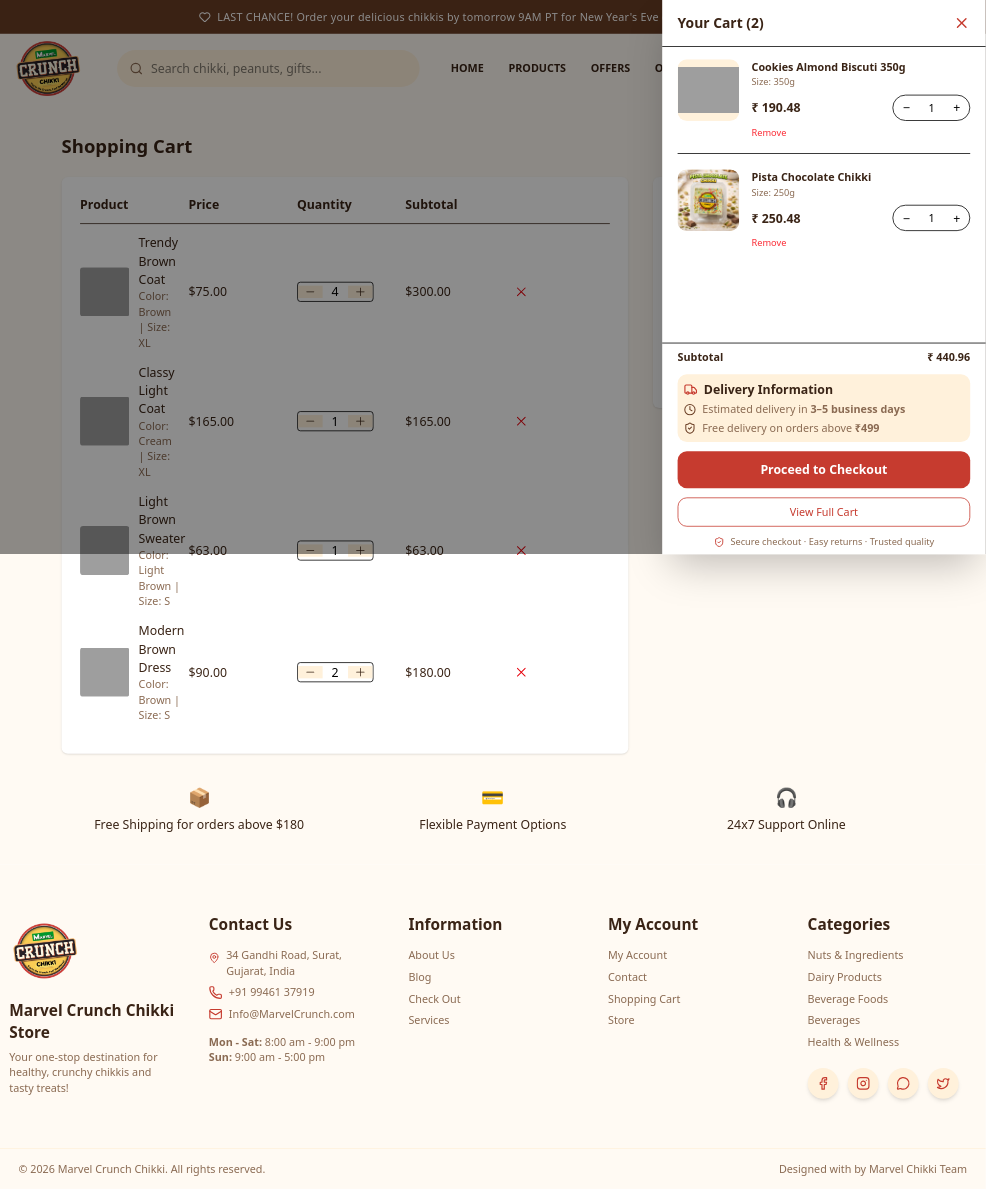
Repository: sita7411/sweet-website-frontend
Page: /cart (app in customer-website/), after clicking the first element matching `div.hidden > button`
An editor plug-in stored every save of this project. The page is shown before and after a run of saves, followed by the edit.
The browser window is 1280 px wide. The pictures show the whole page, at 77% of full size.
Pictures or frames that could not be fetched are drawn as grey boxes. The project was rebuilt for these pictures with package versions that can differ from the ones it lists, and the page was loaded fresh each time. Also part of the build but not shown: customer-website/vite.config.js, customer-website/src/components/Herosection/Herosection.jsx, customer-website/src/components/FeaturesSection/FeaturesSection.jsx, customer-website/src/components/PopularItems/PopularItems.jsx, customer-website/src/components/AboutUs/AboutUs.jsx, customer-website/src/components/BestsellerSection/BestsellerSection.jsx, customer-website/src/components/OfferSection/OfferSection.jsx, customer-website/src/components/TestimonialsSection/TestimonialsSection.jsx and 6 more.

Above is the page before, as saved 2026-01-02 10:38:29.

### customer-website/index.html
<!doctype html>
<html lang="en">
  <head>
    <meta charset="UTF-8" />
    <link rel="icon" type="image/svg+xml" href="/vite.svg" />
    <meta name="viewport" content="width=device-width, initial-scale=1.0" />
    <title>customer-website</title>
  </head>
  <body>
    <div id="root"></div>
    <script type="module" src="/src/main.jsx"></script>
  </body>
</html>

### customer-website/src/index.css

@import "tailwindcss";
:root {
  --primary: #c63b2f;
  --secondary: #6b3f26;
  --bg-main: #fffaf3;
  --bg-soft: #fff1db;
  --bg-card: #ffffff;
  --text-main: #3a2416;
  --text-muted: #8a6a52;
  --accent: #f2b705;
}

/* Hide scrollbar for Chrome, Safari and Edge */
.scrollbar-hide::-webkit-scrollbar {
  display: none;
}

/* Hide scrollbar for IE, Edge */
.scrollbar-hide {
  -ms-overflow-style: none;  /* IE and Edge */
  scrollbar-width: none;     /* Firefox */
}

### customer-website/src/App.jsx
import { BrowserRouter as Router, Routes, Route } from "react-router-dom";
import Layout from "./Layout";
import Home from "./pages/Home";
import ProductPage from "./pages/ProductPage";
import AuthPage from "./pages/AuthPage";
import Wishlist from "./pages/Wishlist";
import CartPage from "./pages/CartPage";

function App() {
  return (
    <Router>
      <Routes>
        {/* Pages that use Navbar/Footer */}
        <Route element={<Layout />}>
          <Route path="/" element={<Home />} />
          <Route path="/products" element={<ProductPage />} />
          <Route path="/wishlist" element={<Wishlist />} />
          <Route path="/cart" element={<CartPage />} />
        </Route>

        {/* Page without Navbar/Footer */}
        <Route path="/auth" element={<AuthPage />} />
      </Routes>
    </Router>
  );
}

export default App;

### customer-website/src/Layout.jsx
// Layout.jsx
import React from "react";
import TopBar from "./components/Navbar/TopBar";
import Navbar from "./components/Navbar/Navbar";
import Footer from "./components/Footer/Footer";

import { Outlet } from "react-router-dom";

export default function Layout() {
  return (
    <div>
      <TopBar />
      <Navbar />
      <main>
        <Outlet />   {/* This renders the page inside Layout */}
      </main>
      <Footer />
    </div>
  );
}

### customer-website/src/components/Navbar/TopBar.jsx
import { Heart } from "lucide-react";

export default function TopBar() {
  return (
    <div className="w-full bg-[var(--secondary)] text-white py-2 font-medium text-xs sm:text-sm tracking-wide flex flex-col sm:flex-row justify-center items-center gap-1 sm:gap-2 text-center sm:text-left px-4">

      <div className="flex items-center gap-1 sm:gap-2">
        <Heart className="w-4 h-4 text-white" />
        <span>
          LAST CHANCE! Order your delicious chikkis by tomorrow 9AM PT for New Year's Eve delivery.{" "}
          <a
            href="/products"
            className="underline hover:text-[var(--accent)] transition-colors duration-300"
          >
            Shop Now
          </a>
        </span>
        <span className="ml-1 text-lg hidden sm:inline">→</span>
      </div>

      {/* Mobile arrow at the end of the line */}
      </div>
  );
}

### customer-website/src/components/Navbar/Navbar.jsx
'use client';

import { useState, useEffect, useRef } from "react";
import { motion, AnimatePresence } from "framer-motion";
import { Link, useNavigate } from "react-router-dom";
import {
  Heart,
  ShoppingCart,
  User,
  ChevronDown,
  LogOut,
  Search,
  Menu,
  X,
  Truck,
  ShieldCheck,
  Clock,
} from "lucide-react";
import "./Navbar.css";

export default function Navbar() {
  const isLoggedIn = true;
  const user = { name: "Ajay" };

  const [mobileMenuOpen, setMobileMenuOpen] = useState(false);
  const [cartOpen, setCartOpen] = useState(false);
  const [scrolled, setScrolled] = useState(false);
  const menuRef = useRef(null);
  const navigate = useNavigate();

  const [cartItems, setCartItems] = useState([
    { id: 1, title: "Cookies Almond Biscuti 350g", size: "350g", price: 190.48, quantity: 1, img: "/images/biscuti.png" },
    { id: 2, title: "Pista Chocolate Chikki", size: "250g", price: 250.48, quantity: 1, img: "/images/pista.png" },
  ]);

  const cartSubtotal = Number(
    cartItems.reduce((sum, item) => sum + item.price * item.quantity, 0).toFixed(2)
  );

  const updateQuantity = (id, change) => {
    setCartItems(prev =>
      prev.map(item =>
        item.id === id ? { ...item, quantity: Math.max(1, item.quantity + change) } : item
      )
    );
  };

  const removeItem = (id) => setCartItems(prev => prev.filter(item => item.id !== id));

  /* SCROLL SHADOW */
  useEffect(() => {
    const onScroll = () => setScrolled(window.scrollY > 10);
    window.addEventListener("scroll", onScroll);
    return () => window.removeEventListener("scroll", onScroll);
  }, []);

  /* CLICK OUTSIDE MOBILE MENU */
  useEffect(() => {
    const handler = (e) => {
      if (menuRef.current && !menuRef.current.contains(e.target)) setMobileMenuOpen(false);
    };
    document.addEventListener("mousedown", handler);
    return () => document.removeEventListener("mousedown", handler);
  }, []);

  /* DISABLE BODY SCROLL WHEN CART OR MOBILE MENU OPEN */
  useEffect(() => {
    document.body.style.overflow = cartOpen || mobileMenuOpen ? "hidden" : "auto";
  }, [cartOpen, mobileMenuOpen]);

  return (
    <header className={`sticky top-0 z-50 transition-all ${scrolled ? "backdrop-blur bg-[var(--bg-main)]/90 shadow-md" : "bg-[var(--bg-main)]"}`}>
      <div className="max-w-7xl mx-auto px-4 h-[90px] flex items-center justify-between">
        {/* LOGO */}
        <Link to="/" className="flex items-center">
          <img src="/Logo_Marvel.png" alt="Marvel Crunch" className="w-24" />
        </Link>

        {/* DESKTOP SEARCH */}
        <div className="hidden lg:flex flex-1 max-w-xl mx-10">
          <div className="relative w-full">
            <Search className="absolute left-4 top-1/2 -translate-y-1/2 text-[var(--text-muted)]" size={18} />
            <input
              placeholder="Search chikki, peanuts, gifts..."
              className="w-full pl-11 pr-5 py-3 rounded-full bg-[var(--bg-soft)] focus:ring-2 focus:ring-[var(--primary)] outline-none"
            />
          </div>
        </div>

        {/* DESKTOP LINKS */}
        <nav className="hidden lg:flex gap-8 text-sm font-semibold uppercase">
          <NavLink href="/">Home</NavLink>
          <NavLink href="/products">Products</NavLink>
          <NavLink href="/offers">Offers</NavLink>
          <NavLink href="/about">Our Story</NavLink>
          <NavLink href="/contact">Contact</NavLink>
        </nav>

        {/* DESKTOP ACTIONS */}
        <div className="hidden lg:flex items-center ml-8 gap-3">
          <Link to="/wishlist">
            <IconBtn className="relative">
              <Heart size={20} />
              <motion.span initial={{ scale: 0 }} animate={{ scale: 1 }} className="absolute -top-2 -right-1 w-5 h-5 rounded-full bg-[var(--primary)] text-white text-xs flex items-center justify-center">2</motion.span>
            </IconBtn>
          </Link>

          <IconBtn className="relative" onClick={() => setCartOpen(true)}>
            <ShoppingCart size={20} />
            <motion.span initial={{ scale: 0 }} animate={{ scale: 1 }} className="absolute -top-2 -right-1 w-5 h-5 rounded-full bg-[var(--primary)] text-white text-xs flex items-center justify-center">{cartItems.length}</motion.span>
          </IconBtn>

          {isLoggedIn ? (
            <div className="relative group">
              <button className="flex items-center gap-2 px-3 py-2 rounded-full hover:bg-[var(--bg-soft)] transition">
                <User size={20} className="text-[var(--primary)]" />
                <span className="text-sm font-medium text-[var(--text-main)]">{user.name}</span>
                <ChevronDown size={14} className="text-[var(--primary)] transition-transform group-hover:rotate-180" />
              </button>

              <div className="absolute right-0 mt-3 w-56 bg-[var(--bg-card)] rounded-xl shadow-lg border border-gray-200 opacity-0 invisible group-hover:visible group-hover:opacity-100 transition-all duration-200 z-50">
                <AccountItem label="My Orders" />
                <AccountItem label="Profile" />
                <div className="border-t border-gray-200 my-1" />
                <button className="flex items-center gap-2 px-5 py-2 text-[var(--primary)] hover:bg-[var(--primary)] hover:text-white rounded-lg w-full transition">
                  <LogOut size={16} /> Logout
                </button>
              </div>
            </div>
          ) : (
            <Link to="/login" className="px-5 py-2 rounded-full border border-[var(--primary)] text-[var(--primary)] text-sm font-semibold hover:bg-[var(--primary)] hover:text-white transition">
              Login / Sign Up
            </Link>
          )}
        </div>

        {/* MOBILE ACTIONS */}
        <div className="lg:hidden flex items-center gap-3">
          <Link to="/wishlist">
            <IconBtn className="relative">
              <Heart size={20} />
              <motion.span initial={{ scale: 0 }} animate={{ scale: 1 }} className="absolute -top-2 -right-1 w-5 h-5 rounded-full bg-[var(--primary)] text-white text-xs flex items-center justify-center">2</motion.span>
            </IconBtn>
          </Link>

          <IconBtn className="relative" onClick={() => setCartOpen(true)}>
            <ShoppingCart size={20} />
            <motion.span initial={{ scale: 0 }} animate={{ scale: 1 }} className="absolute -top-2 -right-1 w-5 h-5 rounded-full bg-[var(--primary)] text-white text-xs flex items-center justify-center">{cartItems.length}</motion.span>
          </IconBtn>

          <button onClick={() => setMobileMenuOpen(!mobileMenuOpen)}>
            {mobileMenuOpen ? <X size={26} /> : <Menu size={26} />}
          </button>
        </div>
      </div>

      {/* MOBILE SEARCH */}
      <div className="lg:hidden px-4 pb-2">
        <div className="relative">
          <Search size={18} className="absolute left-4 top-1/2 -translate-y-1/2 text-[var(--text-muted)]" />
          <input type="text" placeholder="Search chikki, peanuts, gifts..." className="w-full pl-11 pr-4 py-3 rounded-full bg-[var(--bg-soft)] focus:ring-2 focus:ring-[var(--primary)] outline-none" />
        </div>
      </div>

      {/* ---------- MOBILE MENU ---------- */}
      <AnimatePresence>
        {mobileMenuOpen && (
          <>
            {/* Overlay */}
            <motion.div initial={{ opacity: 0 }} animate={{ opacity: 0.45 }} exit={{ opacity: 0 }} onClick={() => setMobileMenuOpen(false)} className="fixed inset-0 bg-black z-40" />

            {/* Drawer */}
            <motion.div
              ref={menuRef}
              initial={{ x: "-100%" }}
              animate={{ x: 0 }}
              exit={{ x: "-100%" }}
              transition={{ type: "tween", duration: 0.3 }}
              className="fixed top-0 left-0 h-full w-full sm:w-[80%] bg-[var(--bg-card)] z-50 flex flex-col"
            >
              <div className="flex items-center justify-between px-6 py-4 border-b">
                <h2 className="text-lg font-semibold text-[var(--text-main)]">Menu</h2>
                <button aria-label="Close Menu" onClick={() => setMobileMenuOpen(false)}>
                  <X size={26} className="text-[var(--primary)]" />
                </button>
              </div>

              <div className="flex-1 overflow-y-auto px-6 py-4 space-y-4">
                <NavLink href="/" mobile>Home</NavLink>
                <NavLink href="/products" mobile>Products</NavLink>
                <NavLink href="/collections" mobile>Collections</NavLink>
                <NavLink href="/offers" mobile>Offers</NavLink>
                <NavLink href="/about" mobile>Our Story</NavLink>
                <NavLink href="/contact" mobile>Contact</NavLink>
              </div>

              <div className="px-6 py-4 border-t">
                {isLoggedIn ? (
                  <button className="w-full bg-[var(--primary)] text-white py-3 rounded-xl font-semibold hover:opacity-90 transition">Logout</button>
                ) : (
                  <Link to="/login" className="block w-full text-center bg-[var(--primary)] text-white py-3 rounded-xl font-semibold hover:opacity-90 transition">Login / Sign Up</Link>
                )}
              </div>
            </motion.div>
          </>
        )}
      </AnimatePresence>

      {/* ---------- CART SLIDEOVER ---------- */}
      <AnimatePresence>
        {cartOpen && (
          <>
            <motion.div initial={{ opacity: 0 }} animate={{ opacity: 0.45 }} exit={{ opacity: 0 }} onClick={() => setCartOpen(false)} className="fixed inset-0 bg-black z-40" />
            <motion.div initial={{ x: "100%" }} animate={{ x: 0 }} exit={{ x: "100%" }} transition={{ type: "tween", duration: 0.35 }} className="fixed right-0 top-0 h-full w-full sm:w-[380px] md:w-[420px] bg-[var(--bg-card)] shadow-2xl z-[9999] flex flex-col">
              {/* HEADER */}
              <div className="flex items-center justify-between px-5 py-4 border-b">
                <h2 className="text-lg font-semibold text-[var(--text-main)]">Your Cart ({cartItems.length})</h2>
                <button aria-label="Close Cart" onClick={() => setCartOpen(false)}>
                  <X size={22} className="text-[var(--primary)]" />
                </button>
              </div>

              {/* ITEMS */}
              <div className="flex-1 overflow-y-auto px-5 py-4 space-y-5">
                {cartItems.length === 0 && <p className="text-sm text-[var(--text-muted)]">Your cart is empty.</p>}
                {cartItems.map(item => (
                  <div key={item.id} className="flex gap-4 pb-4 border-b last:border-b-0">
                    <img src={item.img} alt={item.title} className="w-20 h-20 rounded-xl bg-[var(--bg-soft)] object-contain" />
                    <div className="flex-1">
                      <h4 className="text-sm font-semibold text-[var(--text-main)]">{item.title}</h4>
                      <p className="text-xs text-[var(--text-muted)] mt-0.5">Size: {item.size}</p>
                      <div className="flex items-center justify-between mt-2">
                        <span className="font-semibold text-[var(--text-main)]">₹ {item.price}</span>
                        <div className="flex items-center border rounded-full overflow-hidden">
                          <button onClick={() => updateQuantity(item.id, -1)} className="px-3 py-1 hover:bg-[var(--primary)] hover:text-white transition">−</button>
                          <span className="px-3 text-sm">{item.quantity}</span>
                          <button onClick={() => updateQuantity(item.id, 1)} className="px-3 py-1 hover:bg-[var(--primary)] hover:text-white transition">+</button>
                        </div>
                      </div>
                      <button onClick={() => removeItem(item.id)} className="text-xs text-red-500 mt-2 hover:underline">Remove</button>
                    </div>
                  </div>
                ))}
              </div>

              {/* FOOTER */}
              <div className="border-t px-5 py-2 space-y-3">
                <div className="flex justify-between text-sm font-semibold text-[var(--text-main)]">
                  <span>Subtotal</span>
                  <span>₹ {cartSubtotal}</span>
                </div>

                <div className="bg-[var(--bg-soft)] rounded-xl p-2 space-y-1">
                  <div className="flex items-center gap-2 text-[var(--text-main)] font-semibold"><Truck size={18} className="text-[var(--primary)]" />Delivery Information</div>
                  <div className="flex items-start gap-2 text-sm text-[var(--text-muted)]"><Clock size={16} className="mt-0.5 text-[var(--secondary)]" /><span>Estimated delivery in <b>3–5 business days</b></span></div>
                  <div className="flex items-start gap-2 text-sm text-[var(--text-muted)]"><ShieldCheck size={16} className="mt-0.5 text-[var(--secondary)]" /><span>Free delivery on orders above <b>₹499</b></span></div>
                </div>

                <button onClick={() => { setCartOpen(false); navigate("/checkout"); }} className="w-full bg-[var(--primary)] text-white py-3 rounded-xl font-semibold hover:opacity-90 transition">Proceed to Checkout</button>
                <button onClick={() => { setCartOpen(false); navigate("/cart"); }} className="w-full border border-[var(--primary)] text-[var(--primary)] py-2 rounded-xl text-sm hover:bg-[var(--primary)] hover:text-white transition">View Full Cart</button>

                <p className="flex items-center justify-center gap-2 text-xs text-[var(--text-muted)]"><ShieldCheck size={14} className="text-[var(--primary)]" />Secure checkout · Easy returns · Trusted quality</p>
              </div>
            </motion.div>
          </>
        )}
      </AnimatePresence>
    </header>
  );
}

/* ---------- SMALL COMPONENTS ---------- */
const NavLink = ({ href, children, mobile }) => (
  <Link to={href} className={`block ${mobile ? "py-2 text-base text-[var(--text-main)]" : "relative text-[var(--text-main)] after:absolute after:left-0 after:-bottom-1 after:w-0 after:h-[2px] after:bg-[var(--primary)] hover:after:w-full after:transition-all"}`}>
    {children}
  </Link>
);

const IconBtn = ({ children, className = "", onClick }) => (
  <button type="button" onClick={onClick} className={`relative p-2.5 rounded-full bg-[var(--bg-soft)] cursor-pointer group hover:bg-[var(--primary)] transition-all duration-300 flex items-center justify-center ${className}`}>
    <div className="text-[var(--text-main)] group-hover:text-white transition-colors duration-300">{children}</div>
  </button>
);

const AccountItem = ({ label }) => <button className="block w-full text-left px-5 py-2 hover:bg-[var(--bg-soft)] text-[var(--text-main)]">{label}</button>;

### customer-website/src/components/Navbar/Navbar.css
:root {
  --primary: #c63b2f;
  --secondary: #6b3f26;
  --bg-main: #fffaf3;
  --bg-soft: #fff1db;
  --bg-card: #ffffff;
  --text-main: #3a2416;
  --text-muted: #8a6a52;
  --accent: #f2b705;
}

.dropdown-shadow {
  box-shadow: 0 8px 20px rgba(0,0,0,0.08);
}

Loaded but not shown: customer-website/src/main.jsx (common file); customer-website/src/components/Footer/Footer.jsx (144 lines, source omitted); customer-website/src/pages/CartPage.jsx (163 lines, source omitted)

After the next 3 saves:
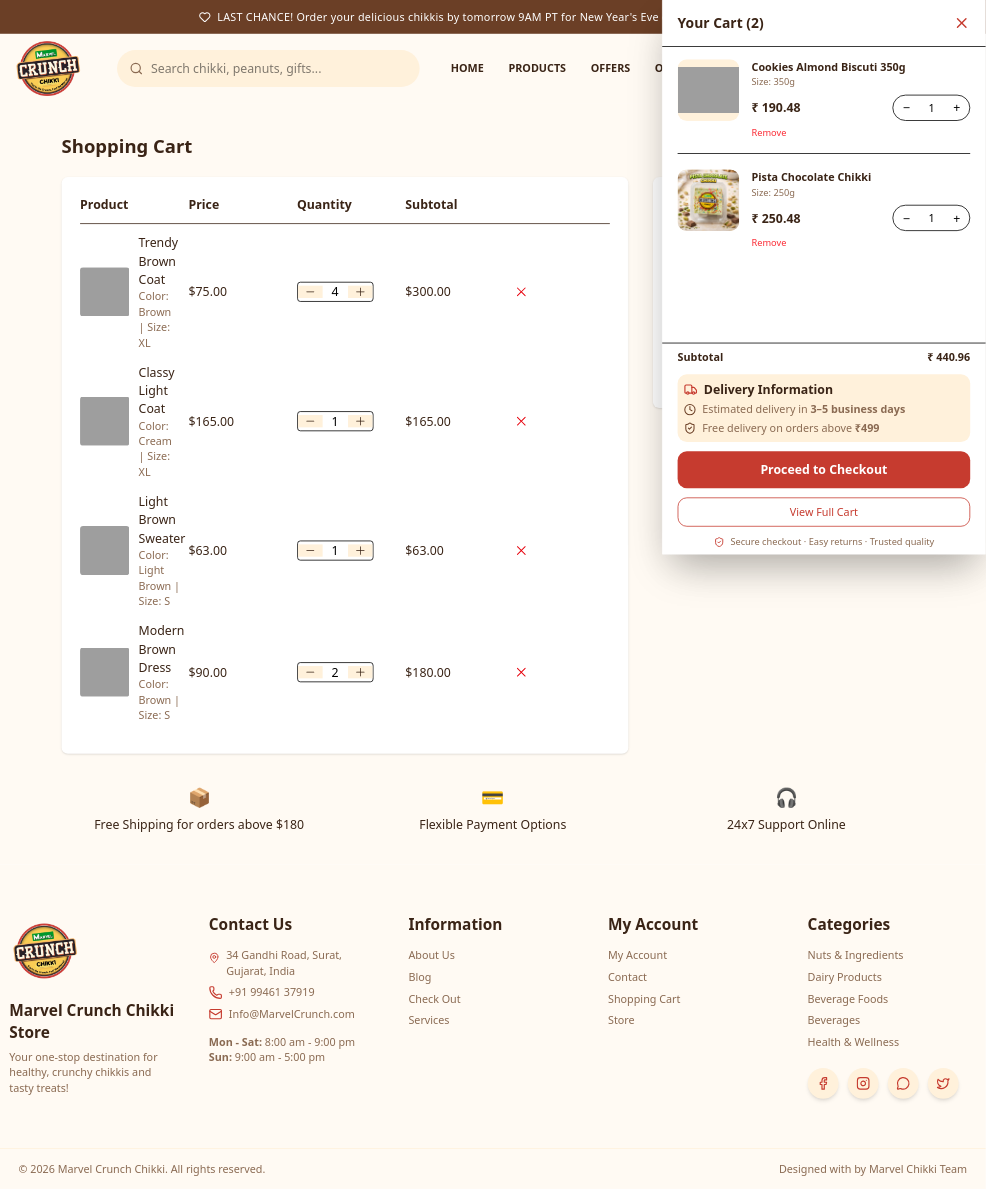
The 3 saves are shown as one change because they came seconds apart.
The last was saved 117 s later.
--- a/customer-website/src/components/Navbar/Navbar.jsx
+++ b/customer-website/src/components/Navbar/Navbar.jsx
@@ -210,7 +210,7 @@
       <AnimatePresence>
         {cartOpen && (
           <>
-            <motion.div initial={{ opacity: 0 }} animate={{ opacity: 0.45 }} exit={{ opacity: 0 }} onClick={() => setCartOpen(false)} className="fixed inset-0 bg-black z-40" />
+            <motion.div initial={{ opacity: 0 }} animate={{ opacity: 0.45 }} exit={{ opacity: 0 }} onClick={() => setCartOpen(false)}   className="fixed right-0 top-0 h-full w-full sm:w-[380px] md:w-[420px] bg-[var(--bg-card)] shadow-2xl z-[9999] flex flex-col" />
             <motion.div initial={{ x: "100%" }} animate={{ x: 0 }} exit={{ x: "100%" }} transition={{ type: "tween", duration: 0.35 }} className="fixed right-0 top-0 h-full w-full sm:w-[380px] md:w-[420px] bg-[var(--bg-card)] shadow-2xl z-[9999] flex flex-col">
               {/* HEADER */}
               <div className="flex items-center justify-between px-5 py-4 border-b">
